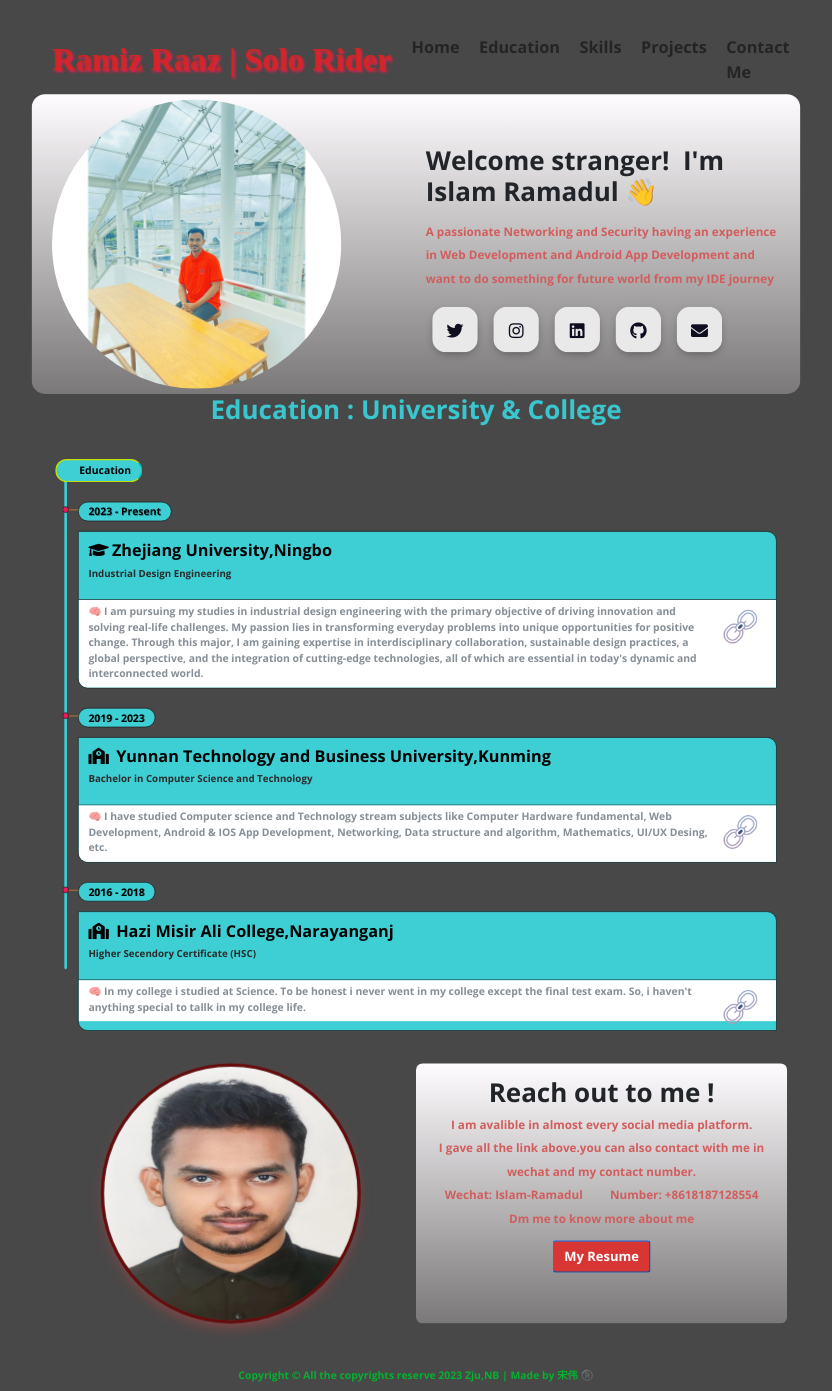
Repository: ramizraaz/ZjuProtfolio
Page: index.html
These files come from the project's save history. The page is drawn as it stood at one moment and after the next save; the edit follows.
The browser window is 1280 px wide. The pictures show the whole page, at 65% of full size.
Some web fonts or font styles are not loaded; a fallback is used. Some web libraries are served in a nearby version.

Above is the page before, as saved 2023-10-08 20:04:17.

After the next save:
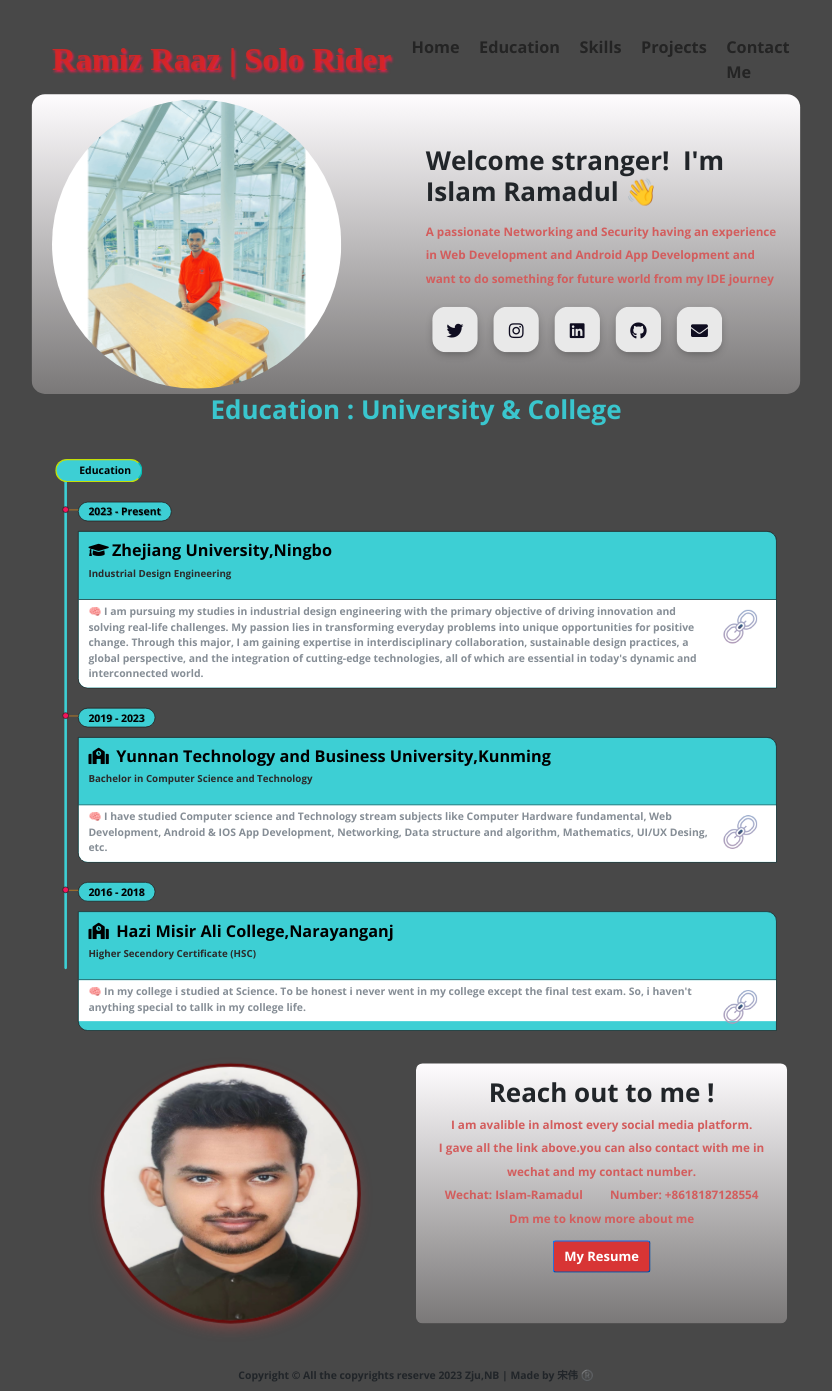
Saved 7 s later.
--- a/style.css
+++ b/style.css
@@ -383,6 +383,5 @@ p {
 
 footer {
     padding-top: 5%;
-    color: #05b130;
-    text-align: center;
-}
+    text-align: center;
+}
